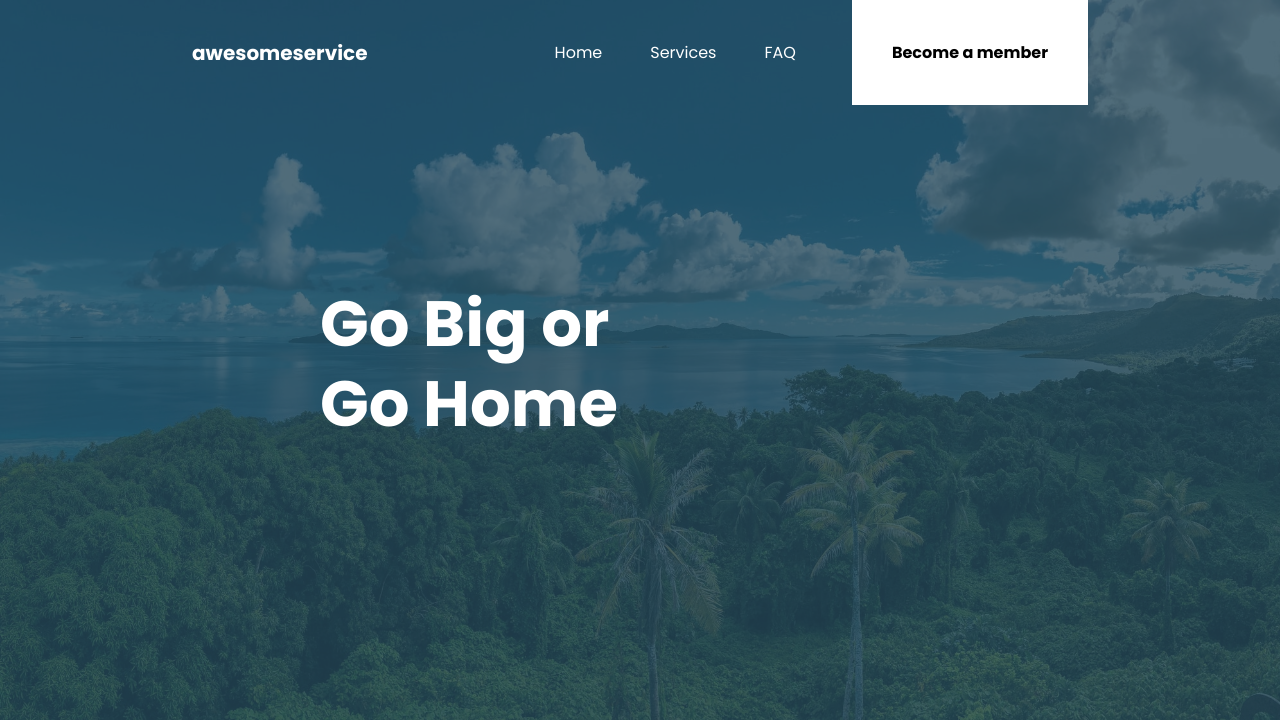
Repository: Hyperion72R/Animated-Navigation
Page: index.html
The author's editor kept a copy of each file at every save. The page is drawn from the files as they stood at one save, then again after the next save.
The browser window is 1280 px wide. The pictures show the whole page.
Some web libraries are served in a nearby version. The style sheet was rebuilt from its Sass, Less or Tailwind sources for each picture, by a compiler version that may differ from the author's.

Above is the page before, as saved 2021-09-23 22:05:06.

After the next save:
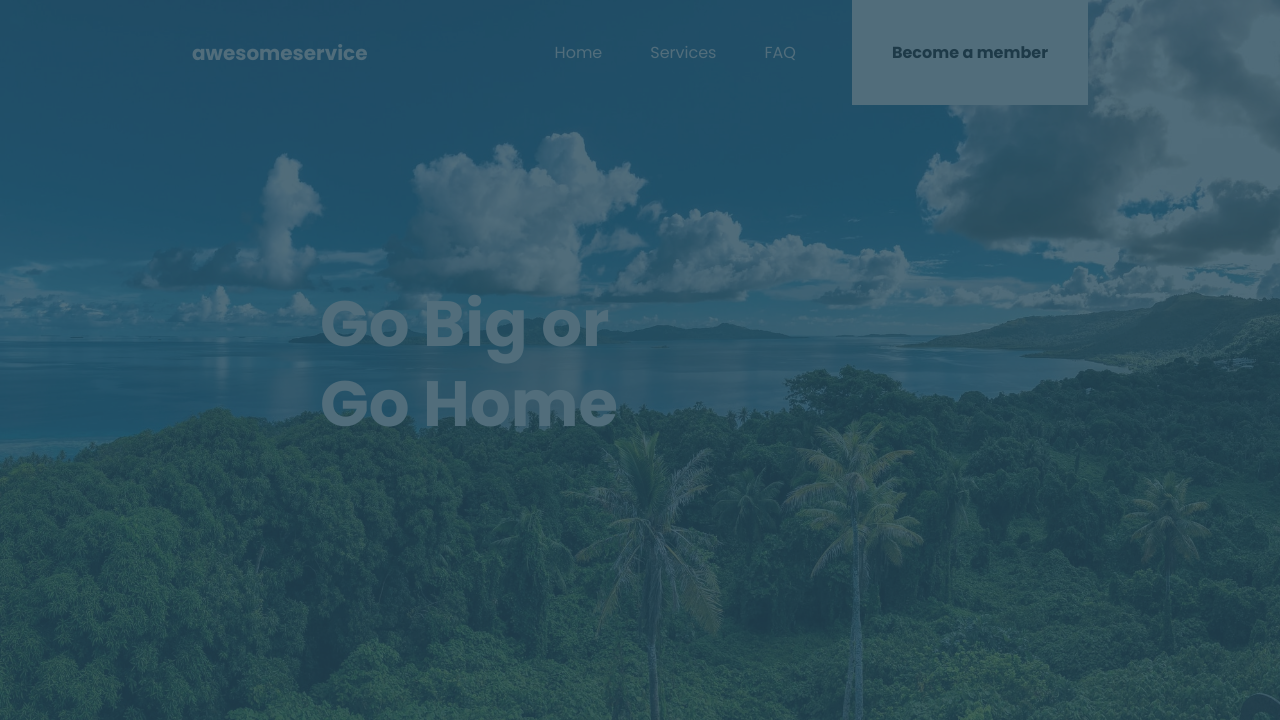
Saved 6 s later.
--- a/css/main.scss
+++ b/css/main.scss
@@ -25,7 +25,7 @@ body::after {
   left: 0;
   right: 0;
   bottom: 0;
-  z-index: -10;
+  // z-index: -10;
 }
 
 body {
